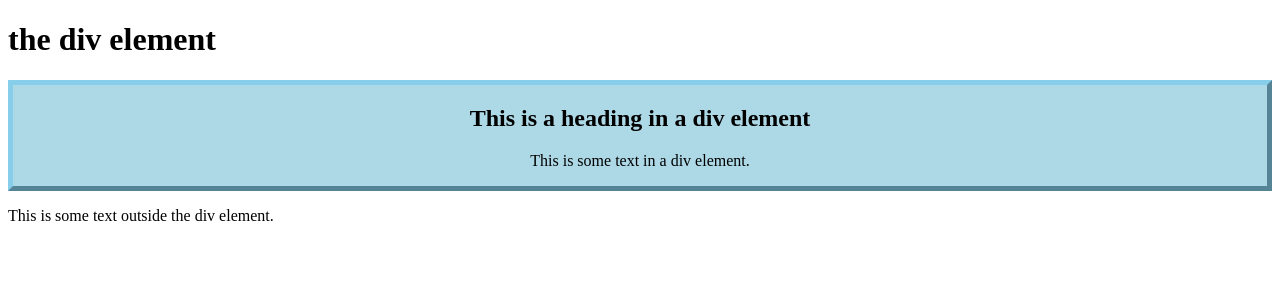
Repository: Fariaddd/codefactor-stylesheet
Page: index.html
An editor plug-in stored every save of this project. The page is shown before and after the next save, followed by the edit.
The browser window is 1280 px wide. The pictures show the whole page.

Above is the page before, as saved 2021-11-17 19:44:12.

After the next save:
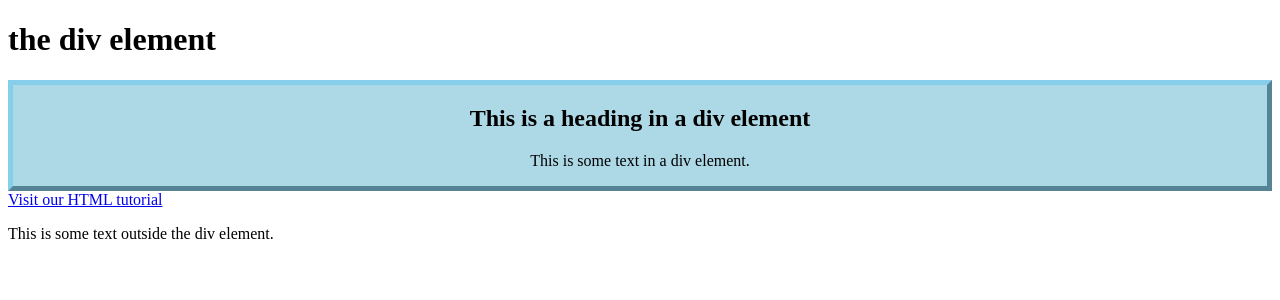
Saved 18 min 9 s later.
--- a/index.html
+++ b/index.html
@@ -14,6 +14,8 @@
       <p>This is some text in a div element.</p>
     </div>
 
+    <a href="https://www.w3schools.com/html/">Visit our HTML tutorial</a>
+
     <p>This is some text outside the div element.</p>
   </body>
 </html>

After the save that followed:
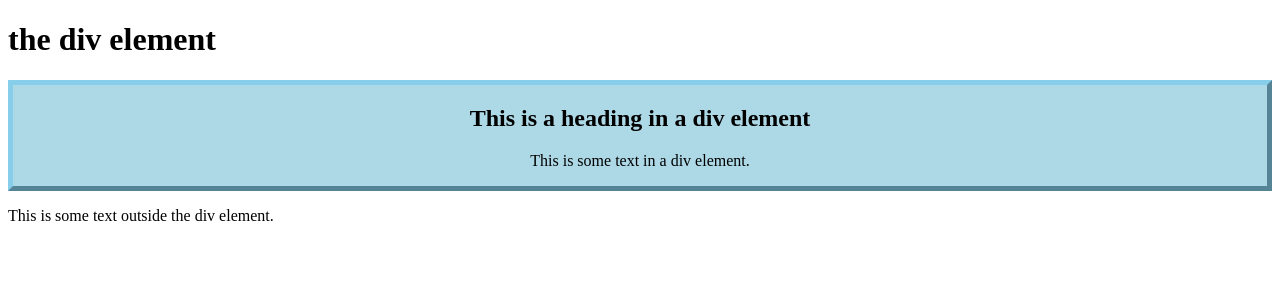
Saved 29 s later.
--- a/index.html
+++ b/index.html
@@ -14,8 +14,6 @@
       <p>This is some text in a div element.</p>
     </div>
 
-    <a href="https://www.w3schools.com/html/">Visit our HTML tutorial</a>
-
     <p>This is some text outside the div element.</p>
   </body>
 </html>
